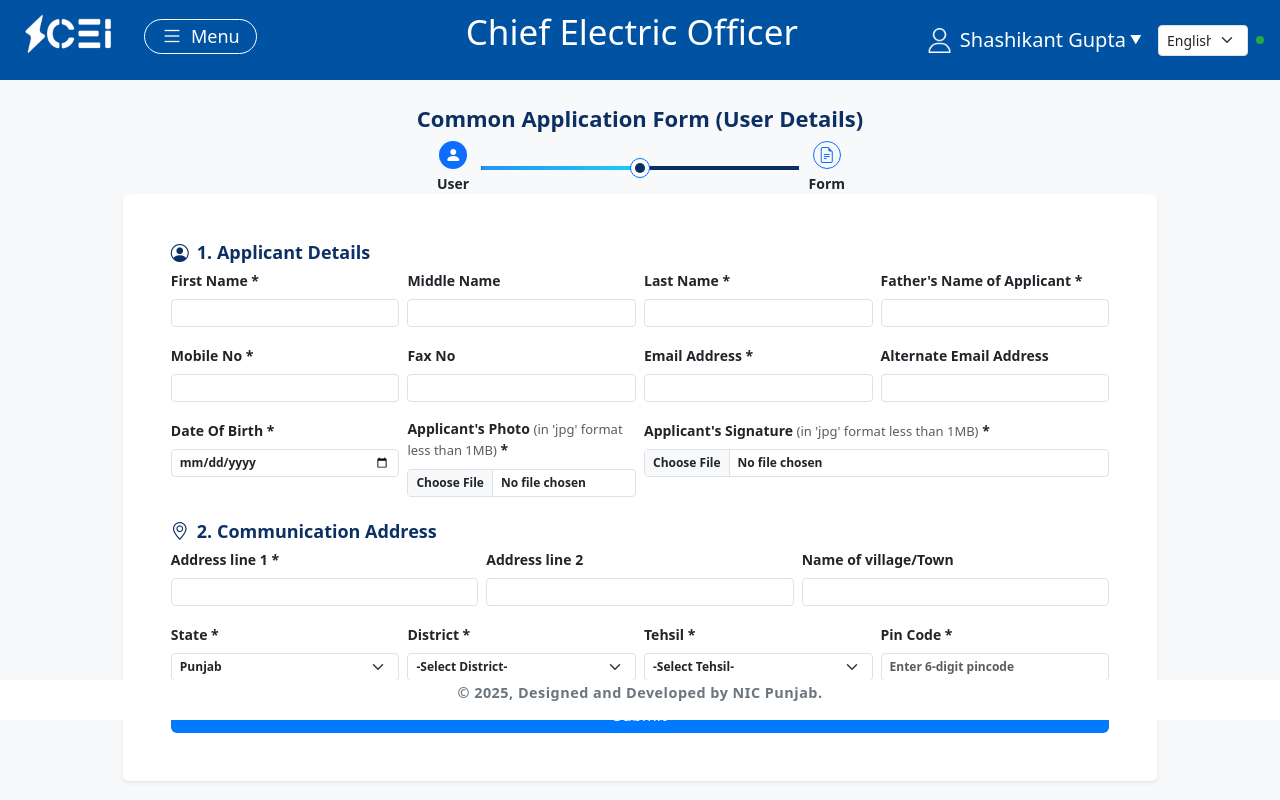
Repository: shashikantdev93-gif/CEI-sept
Page: /RegisterationForm
These files come from the project's save history. The page is drawn as it stood at one moment and after the next save; the edit follows.
The browser window is 1280 px wide. The pictures show the whole page.
The page's requests for data from a server got no answer. The project was rebuilt for these pictures with package versions that can differ from the ones it lists, and the page was loaded fresh each time. No one was signed in, and anything a server would have sent is missing. Also part of the build but not shown: vite.config.ts, src/styles/sidebar-zoom.css, src/components/PageComponent/Sidebar.tsx, src/components/PageComponent/Header2.tsx, src/components/PageComponent/PageHeader.tsx, src/components/Illustration/Illustration.tsx, src/components/CardContainer/CardContainer.tsx, src/hooks/useFormValidation.ts and 8 more. Imported but missing from the stored project, and not drawn on this page: src/components/ui.

Above is the page before, as saved 2025-07-28 08:52:44.

### src/index.css
:root {
  font-family: Inter, -apple-system, BlinkMacSystemFont, "Segoe UI", Roboto, "Helvetica Neue", Arial, sans-serif, "Apple Color Emoji", "Segoe UI Emoji", "Segoe UI Symbol";
  line-height: 1.5;
  font-weight: 400;

  color-scheme: light dark;
  color: rgba(255, 255, 255, 0.87);
  background-color: #242424;

  font-synthesis: none;
  text-rendering: optimizeLegibility;
  -webkit-font-smoothing: antialiased;
  -moz-osx-font-smoothing: grayscale;
}

a {
  font-weight: 500;
  color: #646cff;
  text-decoration: inherit;
}
a:hover {
  color: #535bf2;
}

/* Global Reset */
*, *::before, *::after {
  margin: 0;
  padding: 0;
  box-sizing: border-box;
}

html, body {
  margin: 0;
  padding: 0;
  width: 100%;
  height: 100%;
}

body {
  margin: 0;
  padding: 0;
}

h1 {
  font-size: 3.2em;
  line-height: 1.1;
}

button {
  border-radius: 8px;
  border: 1px solid transparent;
  padding: 0.6em 1.2em;
  font-size: 1em;
  font-weight: 500;
  font-family: inherit;
  background-color: #1a1a1a;
  cursor: pointer;
  transition: border-color 0.25s;
}
button:hover {
  border-color: #646cff;
}
button:focus,
button:focus-visible {
  outline: 4px auto -webkit-focus-ring-color;
}

@media (prefers-color-scheme: light) {
  :root {
    color: #213547;
    background-color: #ffffff;
  }
  a:hover {
    color: #747bff;
  }
  button {
    background-color: #f9f9f9;
  }
}

### src/App.tsx
import Router from "./router/router";
import './App.css'
import './styles/main.css'
import "bootstrap-icons/font/bootstrap-icons.css";

function App() {

  return <Router />;

}

export default App

### src/router/router.tsx

import { BrowserRouter as Router, Routes, Route } from "react-router-dom";
import BaseLayout from "../layouts/BaseLayout";
import Login from "../pages/login/login";
import Signup from "../pages/signup/signup";
import Register from "../pages/register/register";


const RouterPage = () => (
  <Router>
    <Routes>
      <Route path="/" element={<Login />} />
      <Route path="/login" element={<Login />} />
      <Route path="/signup" element={<Signup />} />
      <Route
        path="/RegisterationForm"
        element={
          <BaseLayout headerType="Header1">
            <Register />
          </BaseLayout>
        }
      />
    </Routes>
  </Router>
);

export default RouterPage;

### src/App.css
#root {
  margin: 0;
  padding: 0;
  width: 100%;
  height: 100%;
}

.logo {
  height: 6em;
  padding: 1.5em;
  will-change: filter;
  transition: filter 300ms;
}
.logo:hover {
  filter: drop-shadow(0 0 2em #646cffaa);
}
.logo.react:hover {
  filter: drop-shadow(0 0 2em #61dafbaa);
}

@keyframes logo-spin {
  from {
    transform: rotate(0deg);
  }
  to {
    transform: rotate(360deg);
  }
}

@media (prefers-reduced-motion: no-preference) {
  a:nth-of-type(2) .logo {
    animation: logo-spin infinite 20s linear;
  }
}

.card {
  padding: 2em;
}

.read-the-docs {
  color: #888;
}

### src/layouts/BaseLayout.tsx
import React from 'react';
import Header1 from '../components/PageComponent/Header1';
import Header2 from '../components/PageComponent/Header2';

type HeaderType = 'Header1' | 'Header2' | 'none';

interface BaseLayoutProps {
  headerType?: HeaderType;
  children: React.ReactNode;
}

const BaseLayout: React.FC<BaseLayoutProps> = ({ headerType = 'Header1', children }) => {
  const headers: Record<Exclude<HeaderType, 'none'>, React.ReactElement> = {
    Header1: <Header1 />,
    Header2: <Header2 />,
  };

  return (
    <>
      {headerType !== 'none' && headers[headerType]}
      <main>{children}</main>
    </>
  );
};

export default BaseLayout;

### src/components/PageComponent/Header1.tsx
'use client';
import React, { useState, useRef, useEffect } from 'react';
import Sidebar from './Sidebar';
import { useAuth } from '../../hooks/useAuth';
import { ToastService } from '../../utils';
import Logo from '../Logo/Logo';

const user = {
  name: 'Shashikant Gupta',
  profileImg: '/assets/images/user-icon.png',
};

const Header1: React.FC = () => {
  const [sidebarOpen, setSidebarOpen] = useState(false);
  const [dropdownOpen, setDropdownOpen] = useState(false);
  const dropdownRef = useRef<HTMLDivElement>(null);
  const { logout } = useAuth();

  const handleLogout = async () => {
    try {
      await logout();
      ToastService.success('Logged out successfully!');
    } catch (error) {
      ToastService.error('Logout failed. Please try again.');
    }
  };

  useEffect(() => {
    function handleClickOutside(event: MouseEvent) {
      if (dropdownRef.current && !dropdownRef.current.contains(event.target as Node)) {
        setDropdownOpen(false);
      }
    }
    if (dropdownOpen) {
      document.addEventListener('mousedown', handleClickOutside);
    } else {
      document.removeEventListener('mousedown', handleClickOutside);
    }
    return () => {
      document.removeEventListener('mousedown', handleClickOutside);
    };
  }, [dropdownOpen]);

  return (
    <>
      {sidebarOpen && <Sidebar isOpen={sidebarOpen} onClose={() => setSidebarOpen(false)} onLogout={handleLogout} />}
      <header className="position-fixed top-0 w-100 d-flex align-items-center px-3" style={{ height: 80, backgroundColor: '#0052a3', zIndex: 1000 }}>

        {/* Left: Logo & Title */}
        <div className="d-flex align-items-center flex-grow-1">
          <div className="d-flex align-items-center justify-content-between mb-2" style={{ minWidth: '80px', width: '80px' }} >
              <div className="d-flex align-items-center">
                <div className="header-logo-box me-3" style={{ display: 'flex', alignItems: 'center', backgroundColor: '#0052a3', borderRadius: '8px',width: '80px',minWidth: '80px', height: '50px' }}>
                  <Logo title="" subtitle="" titleColor="#fff" subtitleColor="#fff" />
                </div>
              </div>

              <div style={{ width: '150px' }}></div> {/* Spacer to balance the layout */}
            </div>

          {/* Sidebar Icon */}
         <button
            className="btn d-flex align-items-center mb-2 gap-2 px-3 py-0 ms-5 border border-white rounded-pill bg-transparent text-white"
            style={{ fontWeight: 500, fontSize: 18, minWidth: 90}}
            onClick={() => setSidebarOpen(true)}
            aria-label="Open sidebar"
          >
            <i className="bi bi-list" style={{ fontSize: 22 }}></i>
            <span>Menu</span>
          </button>
        </div>

        {/* Center: Title */}
        <div className="flex-grow-1 ms-5">
             <div className="title-box me-3 ms-5 fw-bold" >
                  <h4 style={{ color: '#fff', fontSize: "35px", height: "50px", }}>Chief Electric Officer</h4>
                </div>
        </div>

        {/* Right: Profile & Language */}
        <div className="d-flex align-items-center gap-3">

          {/* Profile Info */}
          <div className="d-flex align-items-center position-relative" ref={dropdownRef} style={{ cursor: 'pointer' }} onClick={() => setDropdownOpen((v) => !v)}>
            <img
              src={user.profileImg}
              alt="Profile Icon"
              style={{
                width: 25,
                height: 25,
                objectFit: 'contain',
                filter: 'brightness(2) invert(1)'
              }}
              className="me-2"
            />
            <span className="text-white fw-medium" style={{ fontSize: 20 }}>
              {user.name}
            </span>
            <span className="ms-1 text-white" style={{ fontSize: 12 }}>▼</span>
            {dropdownOpen && (
              <div className="position-absolute end-0 mt-2 bg-white rounded shadow" style={{ minWidth: 160, zIndex: 100, top: '100%' }}>
                <div className="d-flex align-items-center gap-2 px-3 py-2 dropdown-item" style={{ cursor: 'pointer' }}>
                  <img src="/assets/images/view_pass.png" alt="Change Password" style={{ width: 20, height: 20, objectFit: 'contain' }} />
                  <span className="text-dark">Change Password</span>
                </div>
                <div className="d-flex align-items-center gap-2 px-3 py-2 dropdown-item" style={{ cursor: 'pointer' }} onClick={handleLogout}>
                  <img src="/assets/images/logout-icon.svg" alt="Logout" style={{ width: 18, height: 18, objectFit: 'contain' }} />
                  <span className="text-dark">Logout</span>
                </div>
              </div>
            )}
          </div>
          {/* Language & Status */}
          <div className="d-flex align-items-center gap-2">
            <select className="form-select form-select-sm" defaultValue="en" style={{ width: 90 }}>
              <option value="en">English</option>
              <option value="pn">ਪੰਜਾਬੀ</option>
            </select>
            <span style={{
              width: 8,
              height: 8,
              backgroundColor: '#28a745',
              borderRadius: '50%',
              display: 'inline-block'
            }}></span>
          </div>
        </div>
      </header>
    </>
  );
};

export default Header1;

### src/components/Logo/Logo.tsx
import React from "react";

interface LogoProps {
  title?: string;
  subtitle?: string;
  titleColor?: string;
}

const Logo: React.FC<LogoProps & { subtitleColor?: string }> = ({
  title = "Chief Electric ",
  subtitle = "Inspector",
  titleColor = "#0c3064",
  subtitleColor = "#0c3064",
}) => {
  return (
    <div className="mb-4 d-flex align-items-center">
      <img
        src="/assets/images/cei_logo.jpg"
        alt="Logo"
        style={{ height: "40px", width: "90px", marginTop: "20px", marginLeft: "8px" }}
      />
      <span className="fw-bold" style={{ fontSize: "27px", height: "30px", marginTop: "10px", marginLeft: "25px", color: titleColor, whiteSpace: "nowrap" }}>
        {title} <span style={{ color: subtitleColor }}>{subtitle}</span>
      </span>
    </div>
  );
};

export default Logo;

### src/components/Footer/Footer.tsx
import React from "react";

interface FooterProps {
  text?: string;
}

const Footer: React.FC<FooterProps> = ({
  text = "© 2025, Designed and Developed by NIC Punjab."
}) => {
  return (
    <div className="position-fixed bottom-0 w-100 text-center pb-3 bg-white" style={{ left: 0 }}>
      <span style={{ fontSize: '.9em', fontWeight: 800, color: '#6c757d', letterSpacing: '0.5px' }}>
        {text}
      </span>
    </div>
  );
};

export default Footer;

### src/utils/index.ts
export { default as authService } from './authService';
export * from './validators';
export * from './navigation';

### src/lib/index.ts
export { default as encryptionService } from './encryptionService';
export { default as API_CONFIG } from './config';

### src/utils/validators.ts

export interface ValidationResult {
  isValid: boolean;
  error?: string;
}

export class FormValidators {

  static required(value: string): ValidationResult {
    if (!value || value.trim().length === 0) {
      return {
        isValid: false,
        error: 'This field is required',
      };
    }
    return { isValid: true };
  }

static minLength(value: string, min: number): ValidationResult {
    if (value.length < min) {
      return {
        isValid: false,
        error: `Minimum length is ${min} characters`,
      };
    }
    return { isValid: true };
  }

static maxLength(value: string, max: number): ValidationResult {
    if (value.length > max) {
      return {
        isValid: false,
        error: `Maximum length is ${max} characters`,
      };
    }
    return { isValid: true };
  }

static email(value: string): ValidationResult {
    const emailRegex = /^[^\s@]+@[^\s@]+\.[^\s@]+$/;
    if (!emailRegex.test(value)) {
      return {
        isValid: false,
        error: 'Please enter a valid email address',
      };
    }
    return { isValid: true };
  }

static noSpaces(value: string): ValidationResult {
    const hasSpace = /\s/.test(value);
    if (hasSpace) {
      return {
        isValid: false,
        error: 'Spaces are not allowed',
      };
    }
    return { isValid: true };
  }

static username(value: string): ValidationResult {
    const requiredCheck = this.required(value);
    if (!requiredCheck.isValid) return requiredCheck;

    const minLengthCheck = this.minLength(value, 3);
    if (!minLengthCheck.isValid) return minLengthCheck;

    return { isValid: true };
  }

static password(value: string): ValidationResult {
    const requiredCheck = this.required(value);
    if (!requiredCheck.isValid) return requiredCheck;

    const minLengthCheck = this.minLength(value, 6);
    if (!minLengthCheck.isValid) return minLengthCheck;

    return { isValid: true };
  }

static captcha(value: string): ValidationResult {
    const requiredCheck = this.required(value);
    if (!requiredCheck.isValid) return requiredCheck;

    const lengthCheck = this.minLength(value, 4);
    if (!lengthCheck.isValid) return lengthCheck;

    const maxLengthCheck = this.maxLength(value, 4);
    if (!maxLengthCheck.isValid) return maxLengthCheck;

    return { isValid: true };
  }
}

### src/utils/navigation.ts

import type{ RoleName } from '../types';
import toast from 'react-hot-toast';

export class NavigationService {

  static getDashboardRoute(roleName: RoleName): string {
    let route: string;

    switch (roleName) {
      case 'CONS':
        route = '/dashboard';
        break;
      case 'XEN':
      case 'SUPP':
      case 'SDO':
      case 'CEI':
      case 'SUPT':
      case 'NDOF':
      case 'CLRK':
        route = '/dashboard/officer-dashboard';
        break;
      case 'ADMN':
        route = '/dashboard/admin-dashboard';
        break;
      case 'LICS':
        route = '/dashboard/license-dashboard';
        break;
      default:
        route = '/dashboard';
        break;
    }

    return route;
  }

static checkUserProfileStatus(userProfileId: string, projectSiteId: string, roleName: RoleName): string | null {
    console.log('NavigationService.checkUserProfileStatus called with:');
    console.log('  - userProfileId:', userProfileId, 'type:', typeof userProfileId);
    console.log('  - projectSiteId:', projectSiteId, 'type:', typeof projectSiteId);
    console.log('  - roleName:', roleName);

    // Only redirect to registration form if userProfileId is "0"
    if (userProfileId === "0") {
      const route = '/CommonApplicationFormUserDetails';
      console.log('NavigationService - userProfileId is "0", returning registration route:', route);
      return route;
    }

    if (userProfileId !== "0" && projectSiteId === "0") {
      const route = '/CommonApplicationFormEstablished';
      console.log('NavigationService - userProfileId filled but projectSiteId is "0", returning established form route:', route);
      return route;
    }

    // For all other cases, return null to allow normal navigation
    console.log('NavigationService - userProfileId is not "0", allowing normal navigation');
    return null;
  }
}
export class ToastService {
  static success(message: string): void {
    toast.success(message, {
      duration: 3000,
      position: 'top-right',
    });
  }

  static error(message: string): void {
    toast.error(message, {
      duration: 4000,
      position: 'top-right',
    });
  }

  static warning(message: string): void {
    toast(message, {
      icon: '⚠️',
      duration: 3000,
      position: 'top-right',
    });
  }

  static info(message: string): void {
    toast(message, {
      icon: 'ℹ️',
      duration: 3000,
      position: 'top-right',
    });
  }
}

### src/lib/encryptionService.ts
import * as forge from 'node-forge';
import * as CryptoJS from 'crypto-js';

class EncryptionService {
  private publicKeyPem: string;
  private ki: string;
  private iv: string;

  constructor() {
    this.publicKeyPem = `-----BEGIN PUBLIC KEY-----
MIIBIjANBgkqhkiG9w0BAQEFAAOCAQ8AMIIBCgKCAQEAwjsOR/w7ExDCRyZyrGVW
xkiJDBaIoNHYABOnpctmmcKA+G0oEWsBhOsmI98Tsx6w47Bwokc43aulzyw2phiV
h0+lU+kno9mnrxzfRCJWwknK7tfkY2ZfkizyLJZQljqX4o7r14y5BAEMgUWiN3Xt
Vrs0fgyw954To+G/803gsaaodbr4CVUDOaLnWAn3mjSKLfU3cK9Bug59AObhcwsM
lVKA72JF2wC4IERMGgCbRjgISSjpLmaEmF8IOLfFneQY+8QDlu80ob7mA/JV74dD
vr7UlGZ+bwKx6rz7Mg7nWRUvgR5RKsZh/muyeVi4pBwuAlehblQ9FnjR6YM/4eB1
+QIDAQAB
-----END PUBLIC KEY-----`;

    this.ki = 'ruX(aPP4X1sL9LnvA2M^a$K17mKZS6LC';
    this.iv = 'VcHa4Mn*gUvDujnN';
  }

setForm(data: string): { encryptedData1: string, encryptedData2: string, encryptedData3: string } {
    const aesKey = forge.random.getBytesSync(32);
    const iv = forge.random.getBytesSync(16);
    const cipher = forge.cipher.createCipher('AES-CBC', aesKey);
    cipher.start({ iv: iv });
    cipher.update(forge.util.createBuffer(data, 'utf8'));
    cipher.finish();
    const encryptedData1 = forge.util.encode64(cipher.output.getBytes());
    const rsa = forge.pki.publicKeyFromPem(this.publicKeyPem);
    const encryptedData2 = forge.util.encode64(rsa.encrypt(aesKey, 'RSA-OAEP', { md: forge.md.sha256.create() }));
    const encryptedData3 = forge.util.encode64(iv);
    const result = { encryptedData1, encryptedData2, encryptedData3 };
    return result;
  }

set(value: string): string {
    const key = CryptoJS.enc.Utf8.parse(this.ki);
    const iv = CryptoJS.enc.Utf8.parse(this.iv);
    const encrypted = CryptoJS.AES.encrypt(
      CryptoJS.enc.Utf8.parse(value.toString()),
      key,
      {
        keySize: 128 / 8,
        iv: iv,
        mode: CryptoJS.mode.CBC,
        padding: CryptoJS.pad.Pkcs7,
      }
    );

    const result = encrypted.toString();
    return result;
  }

get(value: string): string {
    const key = CryptoJS.enc.Utf8.parse(this.ki);
    const iv = CryptoJS.enc.Utf8.parse(this.iv);
    const decrypted = CryptoJS.AES.decrypt(value, key, {
      keySize: 128 / 8,
      iv: iv,
      mode: CryptoJS.mode.CBC,
      padding: CryptoJS.pad.Pkcs7,
    });

    const result = decrypted.toString(CryptoJS.enc.Utf8);
    return result;
  }

decrypt(value: string): string {
    return this.get(value);
  }

encrypt(value: string): string {
    return this.set(value);
  }

debugEncryption = (value: string) => {
const encrypted = this.set(value);
console.log('🔐 [ENCRYPTION-DEBUG] Input:', value);
console.log('🔐 [ENCRYPTION-DEBUG] Output:', encrypted);
console.log('🔐 [ENCRYPTION-DEBUG] Output length:', encrypted.length);
console.log('🔐 [ENCRYPTION-DEBUG] Contains Base64 chars:', /[+/=]/.test(encrypted));
return encrypted;
};

}


const encryptionService = new EncryptionService();

export default encryptionService;

### src/lib/config.ts

const API_CONFIG = {
  BASE_URL: import.meta.env.VITE_API_URL || 'http://localhost:5143/api',

  ENDPOINTS: {
    AUTH: {
      LOGIN: '/Auth/Login',
      CAPTCHA: '/Auth/GetCaptchaImage',
      LOGOUT: '/Auth/Logout',
      REFRESH_TOKEN: '/Auth/RefreshToken',
    },
    USER: {
      PROFILE: '/User/Profile',
      UPDATE_PROFILE: '/User/UpdateProfile',
    },
  },

  TIMEOUT: 30000,

  DEFAULT_HEADERS: {
    'Content-Type': 'application/json',
    'Accept': 'application/json',
  },
};

export default API_CONFIG;

Loaded but not shown: index.html (common file); src/main.tsx (common file); src/pages/register/register.tsx (298 lines, source omitted); src/lib/interceptor.ts (340 lines, source omitted); src/hooks/useAuth.ts (214 lines, source omitted); src/styles/main.css (310 lines, source omitted); src/utils/authService.ts (191 lines, source omitted)

After the next save:
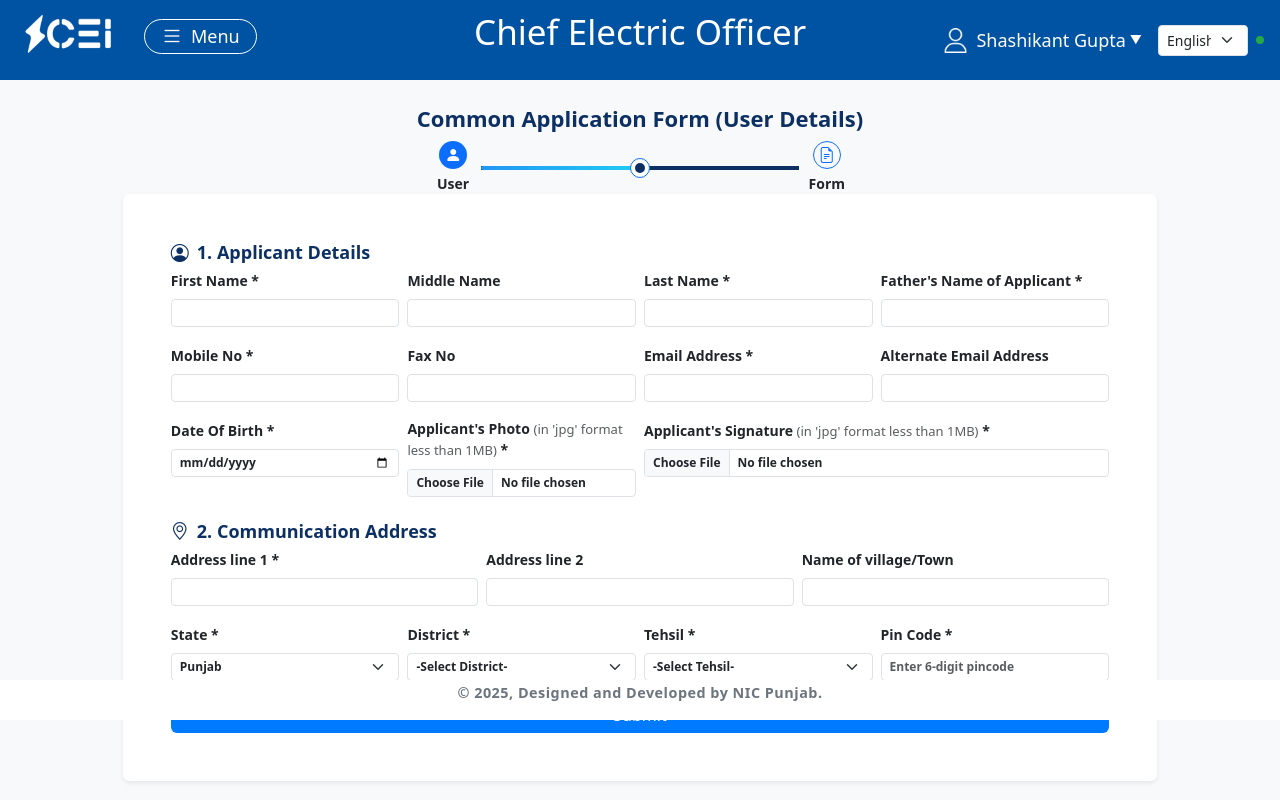
Saved 99 s later.
--- a/src/components/PageComponent/Header1.tsx
+++ b/src/components/PageComponent/Header1.tsx
@@ -93,7 +93,7 @@
               }}
               className="me-2"
             />
-            <span className="text-white fw-medium" style={{ fontSize: 20 }}>
+            <span className="text-white fw-medium" style={{ fontSize: 18 }}>
               {user.name}
             </span>
             <span className="ms-1 text-white" style={{ fontSize: 12 }}>▼</span>
